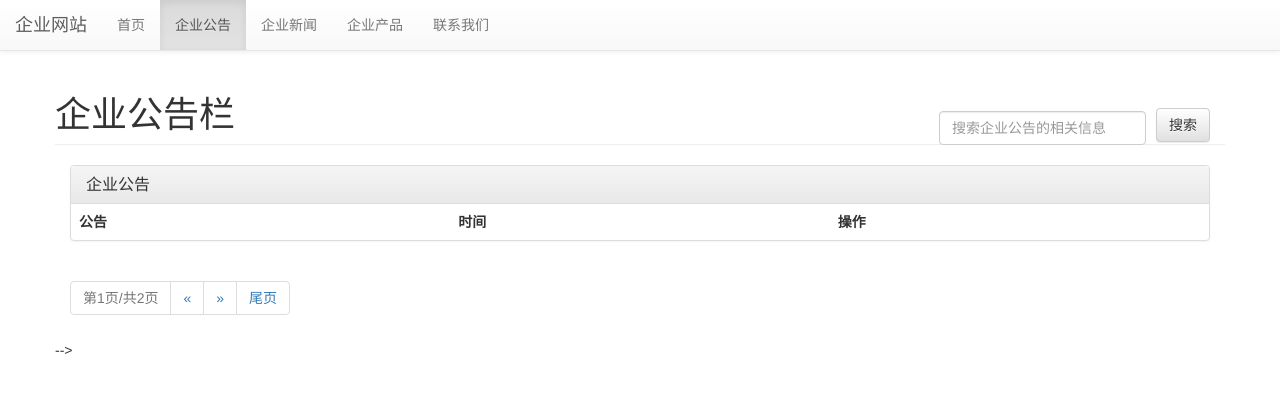
Repository: Mrzx0925/mystudyj2ee
Page: mvssh/src/main/webapp/mywrite/gonggao.html
These files come from the project's save history. The page is drawn as it stood at one moment and after a run of saves; the edit follows.
The browser window is 1280 px wide. The pictures show the whole page.
The page's requests for data from a server got no answer.

Above is the page before, as saved 2019-12-22 13:26:48.

After the next 2 saves:
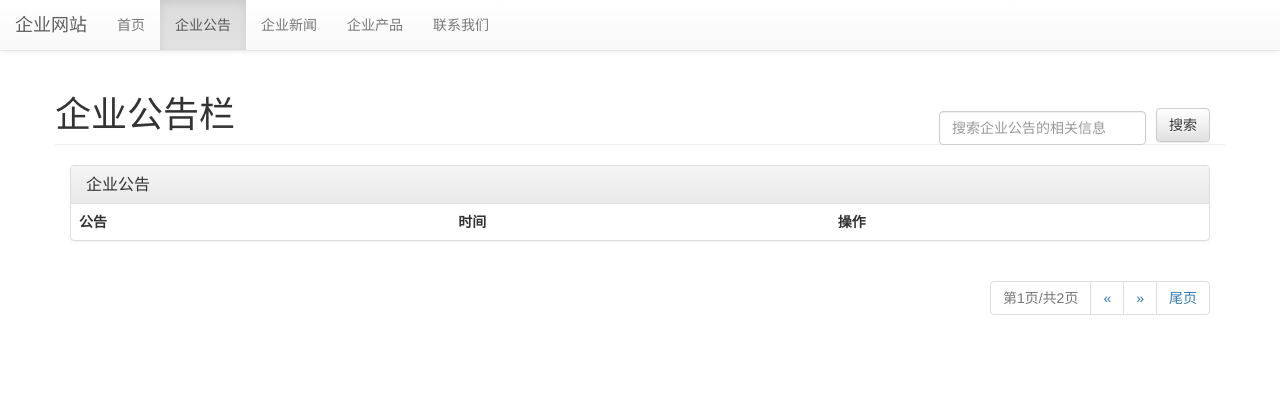
The 2 saves are shown as one change because they came seconds apart.
The last was saved 14 s later.
--- a/mvssh/src/main/webapp/mywrite/gonggao.html
+++ b/mvssh/src/main/webapp/mywrite/gonggao.html
@@ -75,7 +75,7 @@
 
 
 
- <!--
+
 				<div class="pull-right">
 					<!--右对齐--->
 					<ul class="pagination">
@@ -88,7 +88,7 @@
 						<li><a href="">&raquo;</a></li>
 						<li><a href="">尾页</a></li>
 					</ul>
-				</div> -->
+				</div>
 
 			</div>
 

After the save that followed:
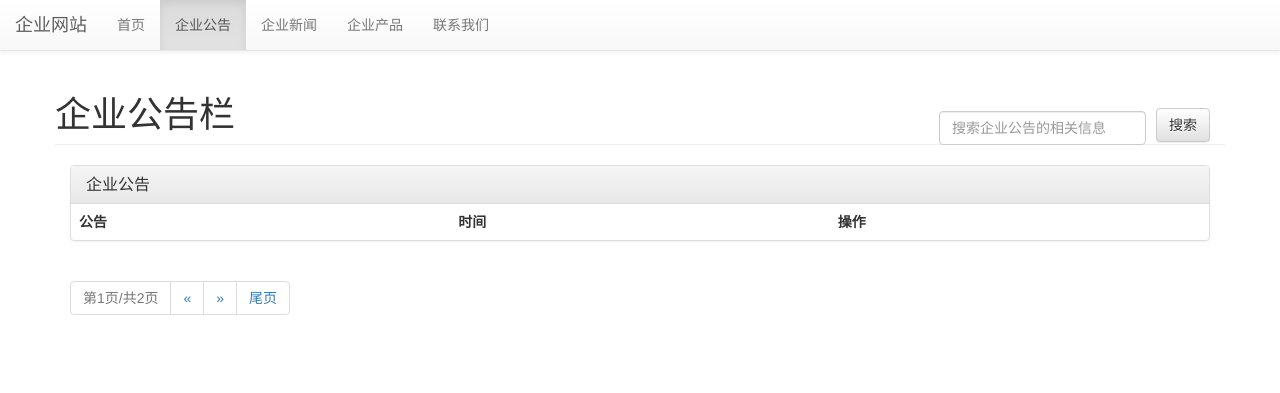
Saved 44 s later.
--- a/mvssh/src/main/webapp/mywrite/gonggao.html
+++ b/mvssh/src/main/webapp/mywrite/gonggao.html
@@ -75,7 +75,7 @@
 
 
 
-
+ <!--
 				<div class="pull-right">
 					<!--右对齐--->
 					<ul class="pagination">
